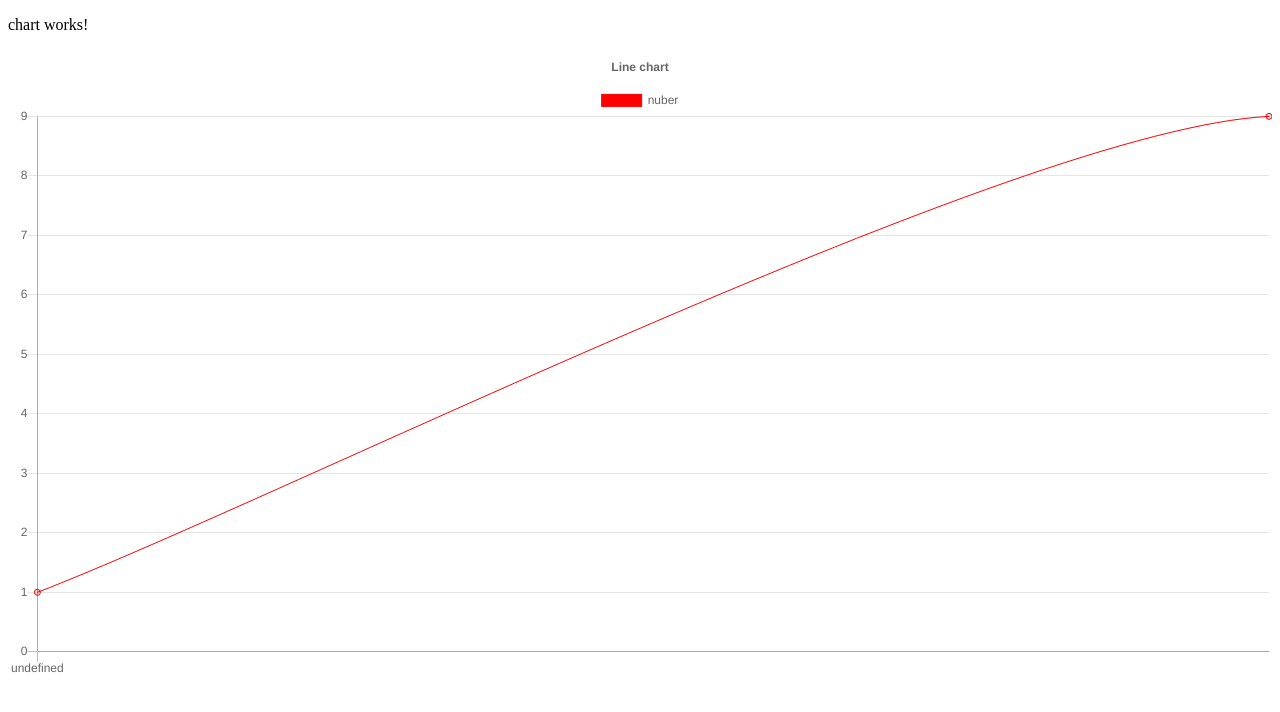
Repository: abinhasan/Project-1
Page: /
An editor plug-in stored every save of this project. The page is shown before and after the next save, followed by the edit.
The browser window is 1280 px wide. The pictures show the whole page.
The page's requests for data from a server got no answer. The project was rebuilt for these pictures with package versions that can differ from the ones it lists, and the page was loaded fresh each time. No one was signed in, and anything a server would have sent is missing. Also part of the build but not shown: angular.json.

Above is the page before, as saved 2019-09-07 13:30:10.

After the next save:
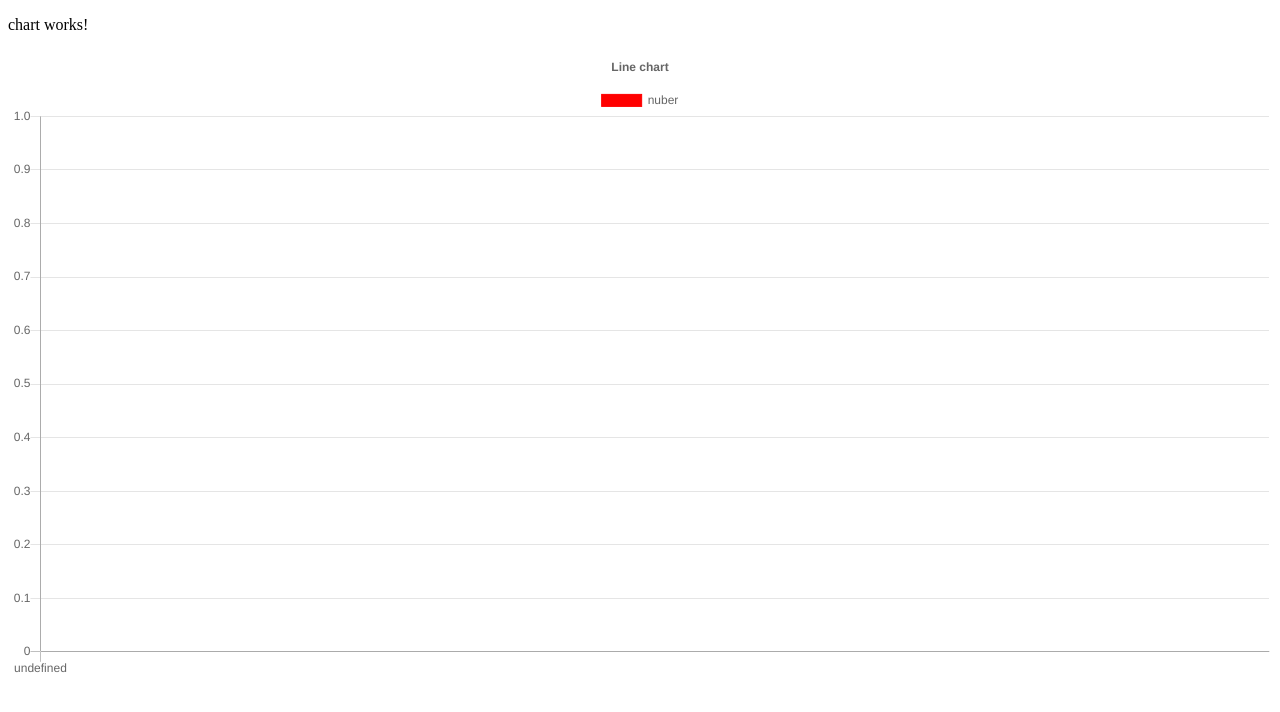
Saved 23 s later.
--- a/src/app/components/chart/chart.component.ts
+++ b/src/app/components/chart/chart.component.ts
@@ -26,7 +26,8 @@ export class ChartComponent implements OnInit {
         labels: [this.chartList.time],
         datasets: [{
           label: 'nuber',
-          data: [1, 9,3],
+          //data: [1, 9,3],
+          data: [this.chartList.value],
           fill: false,
           lineTension: 0.2,
           borderColor: "red",
